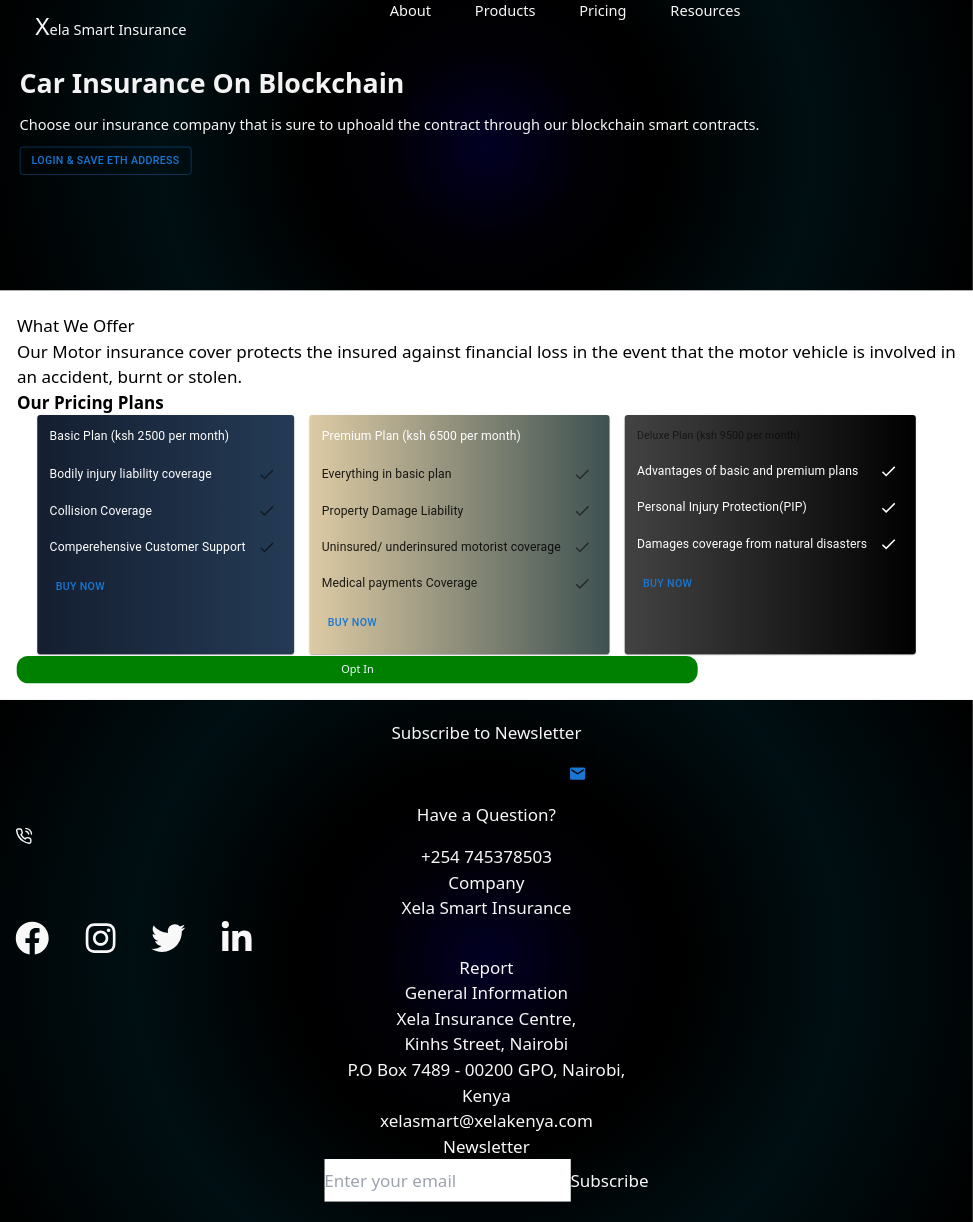
Repository: ALVIN-OBONYO/Xela-smart_insuarance
Page: / (app in frontend/)
These files come from the project's save history. The page is drawn as it stood at one moment and after the next save; the edit follows.
The browser window is 1280 px wide. The pictures show the whole page, at 76% of full size.
The project was rebuilt for these pictures with package versions that can differ from the ones it lists, and the page was loaded fresh each time. Also part of the build but not shown: frontend/src/Pages/Policies.jsx, frontend/src/Components/Calendar.css, frontend/src/Components/Calendar.jsx, frontend/src/Components/Input.js, frontend/src/Components/Upload.css, frontend/src/Components/Upload.js, frontend/src/Pages/ReportForm.jsx, frontend/src/Pages/Report.jsx and 2 more.

Above is the page before, as saved 2022-10-04 07:36:08.

### frontend/public/index.html
<!DOCTYPE html>
<html lang="en">
  <head>
    <meta charset="utf-8" />
    <link rel="icon" href="%PUBLIC_URL%/favicon.ico" />
    <meta name="viewport" content="width=device-width, initial-scale=1" />
    <meta name="theme-color" content="#000000" />
    <meta
      name="description"
      content="Web site created using create-react-app"
    />
    <link rel="apple-touch-icon" href="%PUBLIC_URL%/logo192.png" />
    <!--
      manifest.json provides metadata used when your web app is installed on a
      user's mobile device or desktop. See https://developers.google.com/web/fundamentals/web-app-manifest/
    -->
    <link rel="manifest" href="%PUBLIC_URL%/manifest.json" />
    <!--
      Notice the use of %PUBLIC_URL% in the tags above.
      It will be replaced with the URL of the `public` folder during the build.
      Only files inside the `public` folder can be referenced from the HTML.

      Unlike "/favicon.ico" or "favicon.ico", "%PUBLIC_URL%/favicon.ico" will
      work correctly both with client-side routing and a non-root public URL.
      Learn how to configure a non-root public URL by running `npm run build`.
    -->
    <title>React App</title>
  </head>
  <body>
    <noscript>You need to enable JavaScript to run this app.</noscript>
    <link
    href="https://unpkg.com/tailwindcss@^1.0/dist/tailwind.min.css"
    rel="stylesheet"
  />
  <script
    src="https://cdnjs.cloudflare.com/ajax/libs/web3/1.6.1/web3.min.js"
    integrity="sha512-5erpERW8MxcHDF7Xea9eBQPiRtxbse70pFcaHJuOhdEBQeAxGQjUwgJbuBDWve+xP/u5IoJbKjyJk50qCnMD7A=="
    crossorigin="anonymous"
    referrerpolicy="no-referrer"
  ></script>
    <div id="root"></div>
    <!--
      This HTML file is a template.
      If you open it directly in the browser, you will see an empty page.

      You can add webfonts, meta tags, or analytics to this file.
      The build step will place the bundled scripts into the <body> tag.

      To begin the development, run `npm start` or `yarn start`.
      To create a production bundle, use `npm run build` or `yarn build`.
    -->
  </body>
</html>

### frontend/src/index.js
import React from 'react';
import ReactDOM from 'react-dom/client';
import './index.css';
import App from './App';
import reportWebVitals from './reportWebVitals';
import { BrowserRouter } from 'react-router-dom';
const root = ReactDOM.createRoot(document.getElementById('root'));
root.render(
  <React.StrictMode>
     <BrowserRouter>
       <App />
    </BrowserRouter>
  </React.StrictMode>
);

// If you want to start measuring performance in your app, pass a function
// to log results (for example: reportWebVitals(console.log))
// or send to an analytics endpoint. Learn more: https://bit.ly/CRA-vitals
reportWebVitals();

### frontend/src/App.jsx
import './App.css';
import RoutePages from './Components/RoutePages';

function App() {
  return (
    <div className="App">
      <RoutePages/>
    </div>
  );
}

export default App;

### frontend/src/Components/RoutePages.jsx
import React from 'react'
import { Routes, Route} from 'react-router-dom'
import EntryPage from '../Pages/Entrypage'
import PolicyMaker from '../Pages/Policies'
import ReportForm from '../Pages/ReportForm'
import Report from '../Pages/Report'
import ReportInfo from '../Pages/ReportInfo'
import FormPagination from './FormPagination'
const RoutePages = () => {
    return (


   <Routes>

    <Route exact path="/" element={<EntryPage />} />
    <Route path="policy" element={<PolicyMaker />} />

    <Route path="report/2" element={<ReportForm/> } />
    <Route path="report/1" element={<ReportInfo />} />
    <Route path="report/*" element={<FormPagination />} />

   </Routes>


    )
}

export default RoutePages

### frontend/src/Pages/Entrypage.jsx
import React, {useState, useRef} from 'react'
import "../Components/Navbar.css"
import { FaTimes, FaBars, FaInstagram, FaTwitter, FaLinkedinIn, FaFacebook, } from 'react-icons/fa'
import {FiPhoneCall} from 'react-icons/fi'
import { Link} from 'react-router-dom'
import { loginWithEth } from '../Services/LoginWithEth'
import { truncateAddress } from '../Services/TruncateAddress'
import Web3 from 'web3'
import { getContractSymbol } from '../Services/Contract'
import TextField from '@mui/material/TextField'
import Button from "@mui/material/Button"
import FormGroup from "@mui/material/FormGroup"
import PlanCard from "../Components/Cards"
import EmailIcon from "@mui/icons-material/Email"
import { IconButton, InputAdornment } from '@mui/material'
const Entrypage = () => {
        const [navButton, setNavButton] = useState(false)
        const [policy, setPolicy] = useState("")
        const switchNavState = () => setNavButton(!navButton)
        const buttonLogout = useRef(null)
        const yourAddress = useRef()
        window.userAddress = null



        window.onload = async () => {
            if (window.ethereum) {
                window.web3 = new Web3(window.ethereum)
            } else {
                alert("No ETH browser extension detected.")
            }
        }

        function showAddress() {
          if (!window.userAddress) {
            yourAddress.current.innerText = ""
            buttonLogout.current.classList.add("hidden")
             return false
        }

        yourAddress.innerText = `ETH Address: ${truncateAddress(window.userAddress)}`
        buttonLogout.classList.remove("hidden")
    }

         function logout() {
            window.userAddress = null
            window.localStorage.removeItem(buttonLogout)
            showAddress()
}

    return (
        <>
        <header>
        <nav id="my-nav">
        <h1 className='brand'><span className='X'>X</span>ela Smart Insurance</h1>
        <div className='toogleNav' onClick={switchNavState} >{navButton ?
        <div id="bars">

            <FaBars size="2.5em"/>
            </div> :
            <div className = "navflex">
            <div id="times">
                <FaTimes />
                </div>
            <h4>About</h4>
            <h4>Products</h4>
            <h4>Pricing</h4>
            <h4>Resources</h4>
            </div>

}
        </div>
        <div className='nav-section'>
            <h4>About</h4>
            <h4>Products</h4>
            <h4>Pricing</h4>
            <h4>Resources</h4>
        </div>
        </nav>
        <section className="top-descr" id='top'>
            <h1 id="top-h3">Car Insurance On Blockchain</h1>
            <p id="top-pg">Choose our insurance company that is sure to uphoald the contract through our blockchain smart contracts.</p>
            <div id="policy-sec">
                {/* <FormGroup row >
               <TextField
                variant="outlined"
                placeholder='Enter your policy number'
                sx={{
                    borderRadius: 0,
                    padding: 0
                }}
                />
                <Button variant="contained" sx={{
                    borderRadius: 0,
                    padding: "6px"
                }}>Verify</Button>
                    </FormGroup> */}

            <Button variant="outlined" onClick={loginWithEth}>Login & Save ETH Address
                </Button>
                <p id="userAddress" className="text-gray-600" ref={yourAddress}></p>
                <button id="logoutButton" onClick={logout} className="hidden text-blue-500 underline" ref={buttonLogout}>Logout</button>
                           </div>
        </section>
        </header>
        <div className='about-descr' id="descr">
            <h2>What We Offer</h2>
            <p>
            Our Motor insurance cover protects the insured against financial loss in the event that the motor vehicle is involved in an accident, burnt or stolen.</p>

            <p>


<b>Our Pricing Plans</b>
</p>
<PlanCard />
            <Link to="/policy"><button id="buy-policy" onClick={getContractSymbol}>Opt In</button></Link>
        </div>
        <div id="land-footer">
            <div>
                <h2>Subscribe to Newsletter</h2>

                     <TextField
                       variant="outlined"
                       placeholder="Enter your email"

                       InputProps={{
                        endAdornment: (
                            <InputAdornment position="end">
                                <IconButton edge="end" color='primary'>
                                    <EmailIcon />
                                </IconButton>
                            </InputAdornment>
                        )
                       }}
                       />

            </div>
            <div>
            <h2>Have a Question?</h2>
             <h3><FiPhoneCall /> <span>+254 745378503</span></h3>
             <h2>Company</h2>
             <h3>Xela Smart Insurance</h3>
             <div id="social-icons">
               <FaFacebook size="2em"/>
               <FaInstagram size="2em"/>
               <FaTwitter size="2em"/>
               <FaLinkedinIn size="2em"/>
             </div>
             <div>
                <Link to="/report/1">Report</Link>
                <h2>General Information</h2>
                <h4>Xela Insurance Centre,</h4>
                <h4>Kinhs Street, Nairobi</h4>
                <h4>P.O Box 7489 - 00200 GPO, Nairobi,</h4>
                <h4>Kenya</h4>
                <h4>xelasmart@xelakenya.com</h4>
                <h2>Newsletter</h2>
                <input type="text" placeholder="Enter your email" />
                <button>Subscribe</button>
             </div>
            </div>
        </div>
        </>
    )
}

export default Entrypage

### frontend/src/Components/Navbar.css
nav {
    width: 100vw;
    display: flex;
    justify-content: flex-start;
    align-items: flex-start;
}

.brand {
    flex-grow: 1;
    text-align: start;
    padding-left: 2.9rem;
    margin-top: 0.6rem;
    font-size: 1.2rem;
}

.X {
    font-size: 2rem;

}
.nav-section {
    display: flex;
    flex-grow: 1;
    gap: 3em;
    font-size: 1.2rem;
    padding-right: 2em;
    justify-content: flex-start;
    align-items: center;
}
.top-descr  {
    margin-top: 0;
    padding: 1em;
    text-align: justify;
    font-size: 1.6rem;
    height: 45vh;

}


#descr {
    margin-top: 0.5rem;
    padding: 1em;
    text-align: justify;
    font-size: 1.4rem;

}

#top > h1 {
    font-size: 2.2rem;
    font-weight: 700;
    color: rgba(255, 255, 255, 0.952);
    margin-bottom: 0.4em;

}
header {
    background: rgb(2,0,36);
background: radial-gradient(circle, rgba(2,0,36,1) 0%, rgba(1,0,5,1) 20%, rgba(0,0,0,1) 35%, rgba(0,15,19,1) 64%, rgba(0,0,0,1) 100%);
    color: rgb(248, 248, 248);
}


#top-pg {

    font-size: 1.2rem;
    margin-bottom: 0.9rem;
}
#policy-sec {
    display: flex;
    gap: 0.8em;

}
input[type=text] {
    flex-grow: 1;
    height: 2.5em;
}
#btn-policy {
    background-color: rgb(0, 39, 90);
    flex-grow: 1;
    color: wheat;
    border: none;
    margin-top: 0.8em;
    border-radius: 5px;
    padding: 0.6rem;
    font-size: 1.4rem;
    font-weight: 500;

}
#buy-policy {
    width: 70vw;
    height: 2.5em;
    border: none;
    background-color: #008000;
    color:aliceblue;
    font-size: 0.9rem;
    border-radius: 15px;
}
#social-icons {
    display: flex;
    gap: 2em;
}
#land-footer {
    background: rgb(2,0,36);
    background: radial-gradient(circle, rgba(2,0,36,1) 0%, rgba(1,0,5,1) 20%, rgba(0,0,0,1) 35%, rgba(0,15,19,1) 64%, rgba(0,0,0,1) 100%);
    color: rgb(248, 248, 248);
    position: relative;
    padding: 1.2em  0.9em;
    font-size: 1.4rem;
}

.navflex {
    display: flex;
    flex-direction: column;
    justify-content: center;
    align-items: center;
    gap: 2em;
    background-color: rgba(19, 20, 27, 0.918);
    color: white;
    width: 100vw;
    height: 100vh;
    right: 0;
    top: 0;
    position: absolute;
    text-transform: uppercase;
    /* animation-name: ${navanim}; */
}
@media screen and (max-width: 600px){
   .nav-section {

      display: none;
   }


}

@media screen and (min-width: 600px){
    .toogleNav {
        display: none;
        padding: 1.3em;
    }
}

### frontend/src/Services/LoginWithEth.js
import { showAddress } from "./showAddress";
export async function loginWithEth() {
    if (window.web3) {
        try {
            const selectedAccount = await window.ethereum.request({
                method: "eth_requestAccounts"
            })
            .then((accounts) => accounts[0])
            .catch(() => {
                throw Error("No account selected!")
            })

          window.userAddress = selectedAccount;
          window.localStorage.setItem("userAddress", selectedAccount);
        //   showAddress()
        }
        catch (error) {
            console.error(error)
        }
    } else {
        alert("No ETH browser extension detected.");
    }
}

### frontend/src/Services/TruncateAddress.js
export function truncateAddress(address) {
    if (!address) {
        return "";
    }
    return `${address.substr(0, 5)}...${address.substr(
        address.length - 5,
        address.length
      )}`;
}

### frontend/src/Services/Contract.js
window.ABI = require('./contract-abi.json')
export async function getContractSymbol() {
    const CONTRACT_ADDRESS = "0x1A5b30a61CED9B4D9c209E7F1d2fbD38657f8EB1"

    const contract = new window.web3.eth.Contract(
        window.ABI,
        CONTRACT_ADDRESS
    )

    const symbol = await contract.methods.symbol().call({
        from: window.userAddress    })

    alert(`Contract ${CONTRACT_ADDRESS} Symbol: ${symbol}`);
}

### frontend/src/Components/Cards.jsx
import * as React from 'react'
import Box from '@mui/material/Box'
import Card from '@mui/material/Card'
import CardActions from '@mui/material/CardActions'
import CardContent from '@mui/material/CardContent'
import Button from '@mui/material/Button'
import Typography from '@mui/material/Typography'
import {MdDone} from 'react-icons/md'
import List from '@mui/material/List'
import ListItem from '@mui/material/ListItem'
import ListItemText from '@mui/material/ListItemText'
import  IconButton  from '@mui/material/IconButton'

const planValues = [
    {id: 1, text: "Bodily injury liability coverage"},
    {id: 2, text: "Collision Coverage"},
    {id: 3, text: "Comperehensive Customer Support"}

]

const premium = [
    {id: 1, text: "Everything in basic plan"},
    {id: 2, text: "Property Damage Liability"},
    {id: 3, text: "Uninsured/ underinsured motorist coverage"},
    {id: 3, text: "Medical payments Coverage"},
]

const deluxe = [
    {id: 1, text: "Advantages of basic and premium plans"},
    {id: 2, text: "Personal Injury Protection(PIP)"},
    {id: 3, text: "Damages coverage from natural disasters"},

]
const PlanCard = () => {
    return (
        <Box sx={{ display: "flex", mx: "1.2em", flexDirection: "row", flexWrap: "wrap", gap: "0.9em"}}>
        <Card sx={{background: 'linear-gradient(to right, #141e30, #243b55)', color: 'white'}}>
        <CardContent>
            <Typography sx={{ fontSize: 16}} color="text.primary             " gutterBottom>
                Basic Plan   (ksh 2500 per month)
            </Typography>
            <List sx={{ width: '100%'}}>
                {planValues.map((elem)=> (
                <ListItem key={elem.id} disableGutters secondaryAction={
                    <IconButton>
                        <MdDone />
                    </IconButton>
                }>
                <ListItemText primary={elem.text} />
                </ListItem>
                ))}
            </List>
            <Button>Buy Now</Button>
        </CardContent>
        </Card>
        <Card sx={{background: "linear-gradient(to right, #DECBA4, #3E5151)"}}>
        <CardContent>
            <Typography sx={{ fontSize: 16}} color="white" gutterBottom>
                Premium Plan   (ksh 6500 per month)
            </Typography>
            <List sx={{ width: '100%'}}>
                {premium.map((elem)=> (
                <ListItem key={elem.id} disableGutters secondaryAction={
                    <IconButton>
                        <MdDone />
                    </IconButton>
                }>
                <ListItemText primary={elem.text} />
                </ListItem>
                ))}
            </List>
            <Button>Buy Now</Button>
        </CardContent>
        </Card>
        <Card sx={{background: "linear-gradient(to right, #434343 0%, black 100%)", color: "white"}}>
        <CardContent>
            <Typography sx={{ fontSize: 14}} color="text.secondary" gutterBottom>
                Deluxe Plan   (ksh 9500 per month)
            </Typography>
            <List sx={{ width: '100%'}}>
                {deluxe.map((elem)=> (
                <ListItem key={elem.id} disableGutters secondaryAction={
                    <IconButton>
                        <MdDone color="white"/>
                    </IconButton>
                }>
                <ListItemText primary={elem.text} />
                </ListItem>
                ))}
            </List>
            <Button>Buy Now</Button>
        </CardContent>
        </Card>
        </Box>
    )
}

export default PlanCard

Loaded but not shown: frontend/src/index.css (common file); frontend/src/reportWebVitals.js (common file); frontend/src/App.css (common file); frontend/src/Services/contract-abi.json (501 lines, source omitted); frontend/src/Services/showAddress.js (no stored copy; drawn as an empty file)

After the next save:
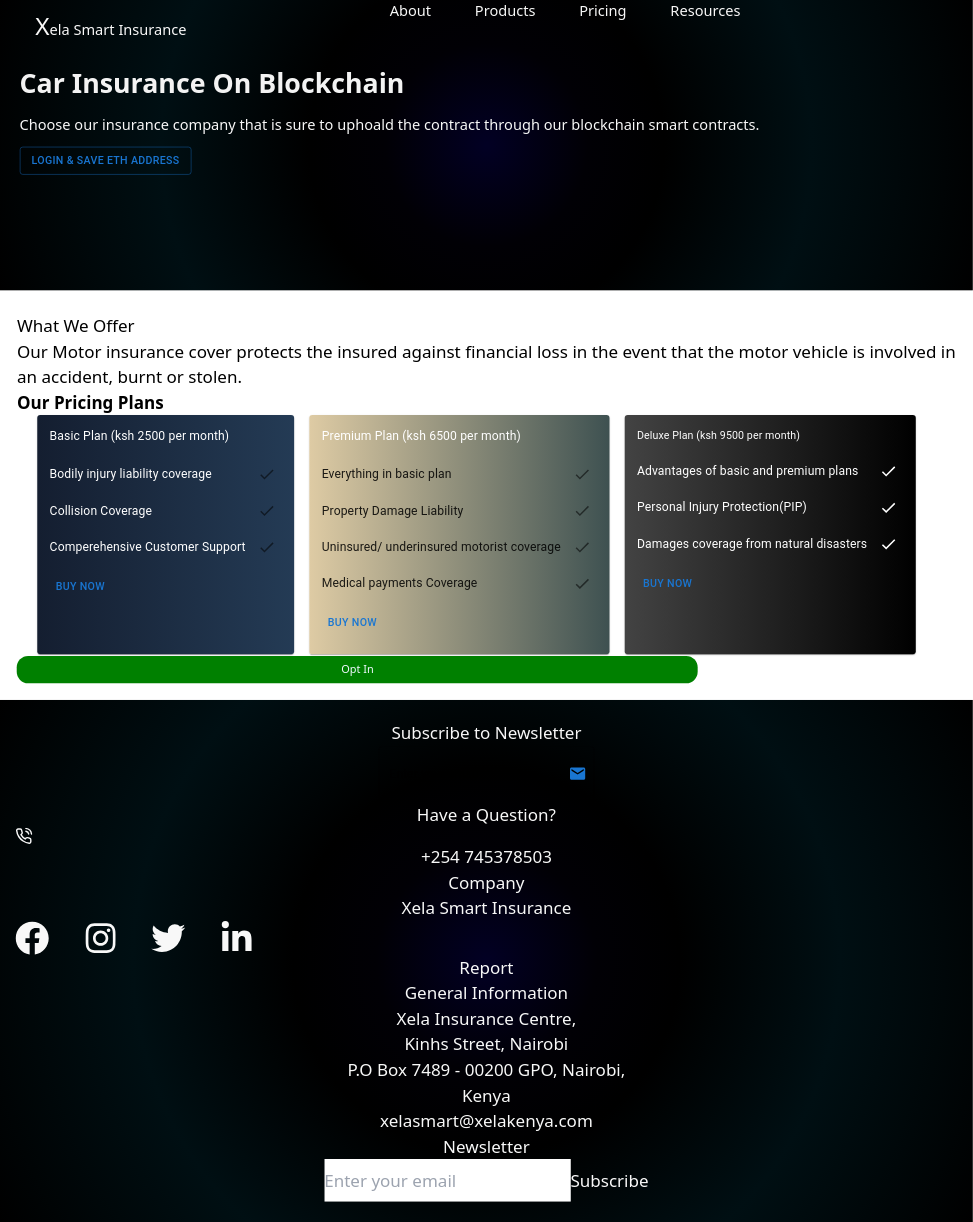
Saved 23 s later.
--- a/frontend/src/Components/Cards.jsx
+++ b/frontend/src/Components/Cards.jsx
@@ -74,7 +74,7 @@ const PlanCard = () => {
         </Card>
         <Card sx={{background: "linear-gradient(to right, #434343 0%, black 100%)", color: "white"}}>
         <CardContent>
-            <Typography sx={{ fontSize: 14}} color="text.secondary" gutterBottom>
+            <Typography sx={{ fontSize: 14}} color="white" gutterBottom>
                 Deluxe Plan   (ksh 9500 per month)
             </Typography>
             <List sx={{ width: '100%'}}>
